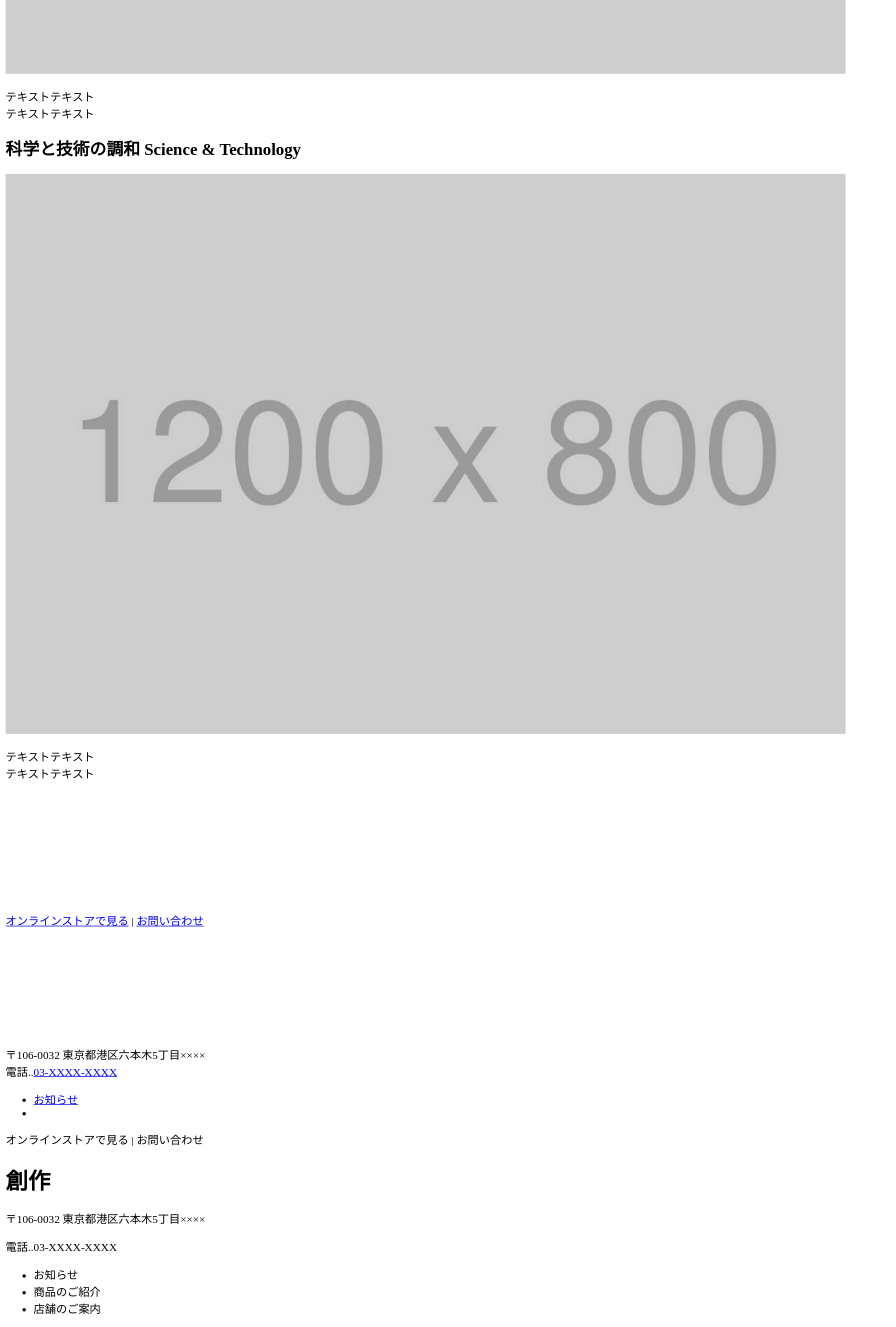
Repository: Fuki-san/wagashi
Page: http://localhost/wagashi
The author's editor kept a copy of each file at every save. The page is drawn from the files as they stood at one save, then again after a run of saves.
The browser window is 1280 px wide. The pictures show the part of the page from y = 1349 to 3269 px (the page is 3245 px tall before and 3269 px after), at 70% of full size.
The page is served by the project's Laravel application, run on PHP 8.4 with Laravel 10. Other server files are loaded and not shown.

Above is the page before, as saved 2023-12-02 19:05:47.

### routes/web.php
<?php

use Illuminate\Support\Facades\Route;
use Spatie\FlareClient\View;

/*
|--------------------------------------------------------------------------
| Web Routes
|--------------------------------------------------------------------------
|
| Here is where you can register web routes for your application. These
| routes are loaded by the RouteServiceProvider and all of them will
| be assigned to the "web" middleware group. Make something great!
|
*/

Route::get('/', function () {
    return view('welcome');
});

Route::get('wagashi', function() {
    return View('wagashi');
})->name('wagashi');

### resources/views/wagashi.blade.php
@extends('layouts.main')

@section('title', 'wagashi')

@section('content')
    <header id="header">
        <h1 class="site-title"><a href="#"><img src="img/logo.svg" alt=""></a></h1>
        <nav id="nav">
            <ul>
                <li><a href="#news">お知らせ</a></li>
                <li><a href="#products1">商品のご紹介</a></li>
                <li><a href="#shop">店舗のご案内</a></li>
            </ul>
        </nav>
        <div class="onlinestore"><a href="#" target="_blank" rel="noopener noreferrer">オンラインストアで見る</a></div>
    </header>

    <main>
        <section id="news" class="wrapper">

            <h2 class="sec-title">
                <span class="en">News</span>
                <span class="ja">お知らせ</span>
            </h2>

            <dl class="list">
                <dt>2021.01.01</dt>
                <dd>タイトルタイトルタイトル</dd>
                <dt>2021.01.01</dt>
                <dd>タイトルタイトルタイトル</dd>
                <dt>2021.01.01</dt>
                <dd>タイトルタイトルタイトル</dd>
                <dt>2021.01.01</dt>
                <dd>タイトルタイトルタイトル</dd>
                <dt>2021.01.01</dt>
                <dd>タイトルタイトルタイトル</dd>
            </dl>
        </section>

        <section id="products1" class="wrapper">
            <h2 class="site-title">
                <span class="ja">新しい価値の創造</span>
                <span class="en">Create New Values</span>
            </h2>

            <div class="img">
                <img src="img/products1.jpg" alt="">
                <p class="text">テキストテキスト<br>テキストテキスト</p>
            </div>
        </section>

        <section id="products2" class="wrapper">
            <h2 class="sec-title">
                <span class="ja">科学と技術の調和</span>
                <span class="en">Science & Technology</span>
            </h2>
            <div class="img">
                <img src="img/products2.jpg" alt="">
                <p class="text">テキストテキスト<br>テキストテキスト</p>
            </div>
        </section>

        <div id="shop">
            <iframe src="" frameborder="0"></iframe>
        </div>

    </main>

    <footer id="footer">

        <div class="inner">
            <div class="left">
                <p><a href="#" target="_blank">オンラインストアで見る</a> | <a href="mailto:xxxx@gmail.com">お問い合わせ</a></p>
            </div>
            <div class="right">
                <div class="logo"><img src="img/logo.svg" alt=""></div>
                <p class="info">
                    〒106-0032 東京都港区六本木5丁目××××<br>
                    電話..<a href="tel:03-XXXX-XXXX">03-XXXX-XXXX</a>
                </p>
                <ul class="menu">
                    <li><a href="#news">お知らせ</a></li>
                    <li><a href="#products1"></a></li>
                </ul>
            </div>
        </div>


        <div class="flex">
            <div>オンラインストアで見る | お問い合わせ</div>
            <div class="nav">
                <h1 class="site-title">創作</h1>
                <p>〒106-0032 東京都港区六本木5丁目××××</p>
                <p>電話..03-XXXX-XXXX</p>
                <nav>
                    <ul>
                        <li>お知らせ</li>
                        <li>商品のご紹介</li>
                        <li>店舗のご案内</li>
                    </ul>
                </nav>
            </div>
        </div>
    </footer>

@endsection

### resources/views/layouts/main.blade.php
<!DOCTYPE html>
<html lang="ja">
<head>
    <meta charset="UTF-8">
    <meta name="viewport" content="width=device-width, initial-scale=1.0">
    <meta http-equiv="X-UA-Compatible" content="ie=edge">
    <link rel="stylesheet" href="{{ asset('css/reset.css') }}">
    <link rel="stylesheet" href="{{ asset('css/style.css') }}">
    <link rel="icon" href="img/favicon.ico">
    <title>@yield('title')</title>
</head>
<body>
    @yield('content')
</body>
</html>

### public/img/logo.svg
<?xml version="1.0" encoding="utf-8"?>
<!-- Generator: Adobe Illustrator 15.1.0, SVG Export Plug-In . SVG Version: 6.00 Build 0)  -->
<!DOCTYPE svg PUBLIC "-//W3C//DTD SVG 1.1//EN" "http://www.w3.org/Graphics/SVG/1.1/DTD/svg11.dtd">
<svg version="1.1" id="レイヤー_1" xmlns="http://www.w3.org/2000/svg" xmlns:xlink="http://www.w3.org/1999/xlink" x="0px"
	 y="0px" width="57.4775391px" height="131.578125px" viewBox="0 0 57.4775391 131.578125"
	 style="enable-background:new 0 0 57.4775391 131.578125;" xml:space="preserve">
<style type="text/css">
<![CDATA[
	.st0{fill:#FFFFFF;}
]]>
</style>
<g>
	<path class="st0" d="M28.3789063,35.8789063l6.5400391,4.859375c-0.3603516,0.4804688-1.2001953,1.0800781-2.3398438,1.2607422
		v12.0595703c-0.0605469,0.359375-3.4199219,1.5-5.5195313,1.5h-1.0800781v-3.6601563H15.2998047v2.6992188
		c0,0.4208984-1.9199219,1.8007813-5.1601563,1.8007813H9.0595703v-10.5
		c-1.7392578,3.2402344-4.2597656,6.2998047-7.9189453,8.8798828l-0.6005859-0.6005859c5.5205078-8.21875,6-18.4785156,6-26.7587891
		v-9.1191406c-1.9199219,1.3798828-3.9599609,2.5800781-6.0595703,3.6591797L0,21.4199219
		C6.1796875,15.6601563,11.3994141,6.4199219,13.5,0l9.7197266,1.9804688
		c-0.2402344,0.7197266-0.7802734,1.0800781-2.3398438,1.3193359c20.5185547,3.7207031,13.3789063,15.9599609,7.9189453,11.8798828
		c-0.9599609-3.4199219-4.0195313-7.9794922-8.5195313-11.2792969c-2.0400391,3.1796875-4.7392578,6.5390625-7.9794922,9.6591797
		H19.5l2.9990234-3.8398438c0,0,3.4804688,2.6396484,5.5800781,4.5595703
		c-0.1796875,0.6601563-0.7802734,0.9609375-1.6201172,0.9609375H11.7001953l-0.2402344-0.9003906
		c-1.1396484,1.0195313-2.3398438,2.0400391-3.5400391,2.9394531l6,2.2207031h10.9189453l3.0605469-3.3603516L34.4384766,21
		c-0.359375,0.4794922-1.2597656,1.0195313-2.4599609,1.3193359v11.9394531
		c-0.0595703,0.3603516-3.359375,1.5605469-5.4589844,1.5605469h-1.0800781v-1.8007813H12.5400391
		C12.4199219,35.21875,12.2402344,36.4189453,12,37.6787109l4.0800781,1.5595703h9.2988281L28.3789063,35.8789063z
		 M25.4394531,32.3388672v-4.6796875H12.8994141c0,1.4404297-0.0595703,3-0.1796875,4.6796875H25.4394531z M12.8994141,21.1796875
		v4.7998047h12.5400391v-4.7998047H12.8994141z M25.9794922,50.1582031v-9.2392578H15.2998047v9.2392578H25.9794922z
		 M43.2587891,41.7587891c0,0.6601563-2.6396484,1.859375-4.9199219,1.859375h-1.1396484V5.2197266L45.2988281,6
		c-0.1201172,0.7802734-0.6005859,1.3203125-2.0400391,1.5605469V41.7587891z M56.7578125,2.1005859
		C56.578125,3,55.9785156,3.6005859,54.5380859,3.7802734v44.8183594c0,4.6796875-0.9599609,7.3193359-8.4599609,8.0390625
		c-0.1796875-2.0996094-0.4794922-3.6591797-1.3798828-4.7392578c-0.9599609-1.0205078-2.2197266-1.7998047-5.0996094-2.2197266
		v-0.8408203c0,0,5.9394531,0.3603516,7.2001953,0.3603516c0.9599609,0,1.2597656-0.2998047,1.2597656-1.0800781V1.2001953
		L56.7578125,2.1005859z"/>
	<path class="st0" d="M17.4599609,94.0800781c-0.1806641,0.5390625-0.7207031,0.9589844-1.8603516,1.1992188v34.2587891
		c-0.1201172,0.5400391-3,2.0400391-5.7597656,2.0400391H8.5195313v-31.3789063
		c-2.3994141,2.7597656-4.9794922,5.1601563-7.7392578,7.2001953l-0.7197266-0.5400391
		c5.3398438-7.5,10.9189453-19.6796875,13.9189453-31.6787109l9.5400391,3.1796875
		c-0.2998047,0.7802734-1.0800781,1.2597656-2.4003906,1.2001953c-2.0400391,4.859375-4.3798828,9.2988281-6.9589844,13.3193359
		L17.4599609,94.0800781z M39.9589844,89.7597656v11.0996094h4.7998047l3.6591797-4.7998047
		c0,0,4.140625,3.2998047,6.7197266,5.5800781c-0.1796875,0.6591797-0.8398438,0.9599609-1.6796875,0.9599609H39.9589844v11.3388672
		h5.1591797l4.0205078-5.2197266c0,0,4.4394531,3.5400391,7.1992188,5.9404297
		c-0.1796875,0.6591797-0.8398438,0.9599609-1.7402344,0.9599609H39.9589844v14.0390625
		c0,0.4199219-2.2207031,1.859375-5.9404297,1.859375h-1.3193359V89.7597656h-1.4404297
		c-3.8994141,5.8798828-8.3994141,10.6796875-13.4394531,14.2792969l-0.6601563-0.4794922
		c4.6201172-6.7802734,9.6601563-17.6992188,12.3603516-28.3193359l9.6591797,3.4199219
		c-0.2998047,0.7802734-1.0800781,1.2597656-2.4599609,1.1396484c-1.3798828,2.9404297-2.8203125,5.7597656-4.4394531,8.3398438
		h14.0996094l3.9589844-5.1591797c0,0,4.4404297,3.4794922,7.1396484,5.8193359
		c-0.1796875,0.6601563-0.8398438,0.9599609-1.6796875,0.9599609H39.9589844z"/>
</g>
</svg>

Loaded but not shown: public/css/style.css (no copy from this time; the picture is the same without it)

After the next 5 saves:
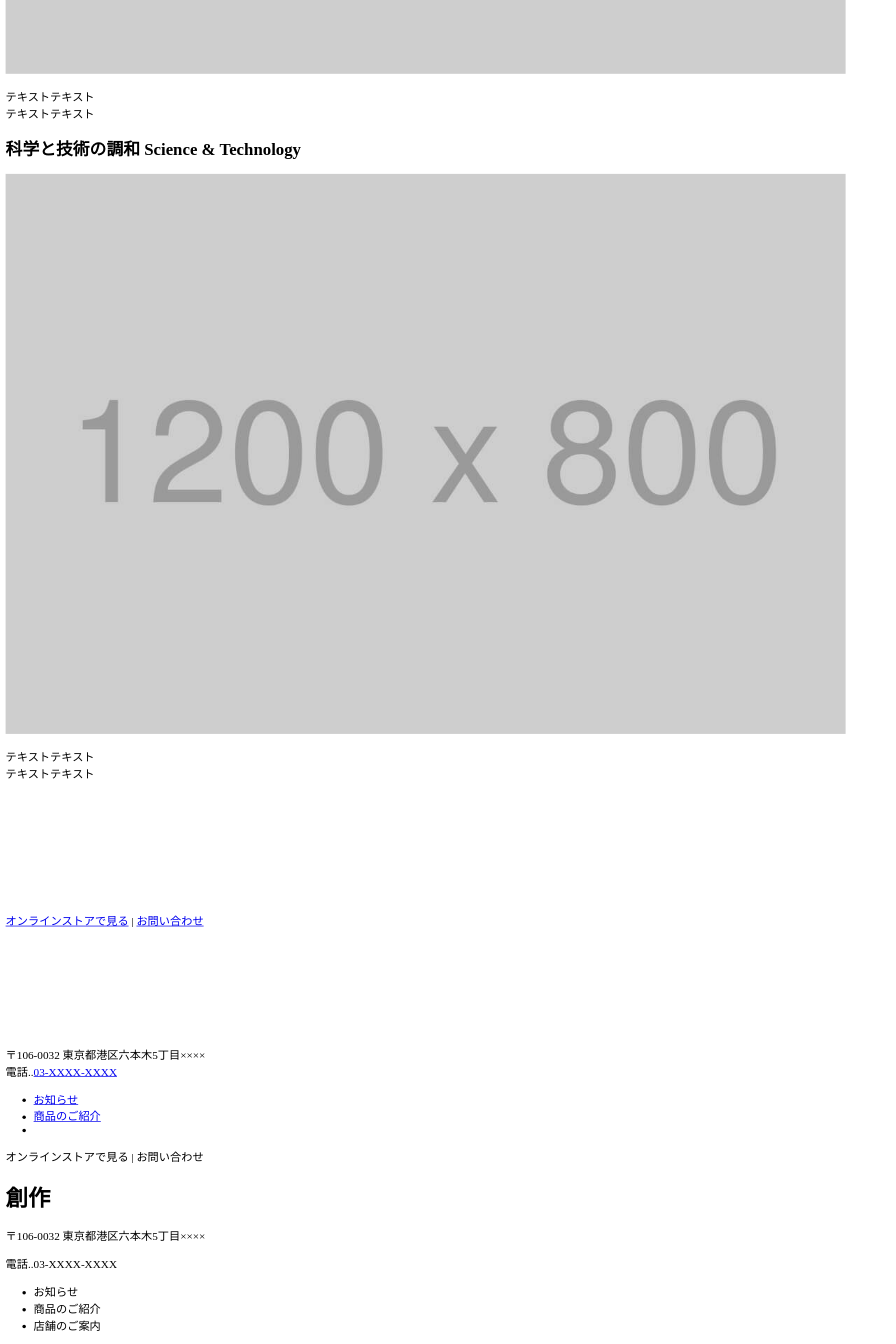
The 5 saves are shown as one change because they came seconds apart.
The last was saved 15 s later.
--- a/resources/views/wagashi.blade.php
+++ b/resources/views/wagashi.blade.php
@@ -80,7 +80,8 @@
                 </p>
                 <ul class="menu">
                     <li><a href="#news">お知らせ</a></li>
-                    <li><a href="#products1"></a></li>
+                    <li><a href="#products1">商品のご紹介</a></li>
+                    <li><a href="#shop"></a></li>
                 </ul>
             </div>
         </div>
